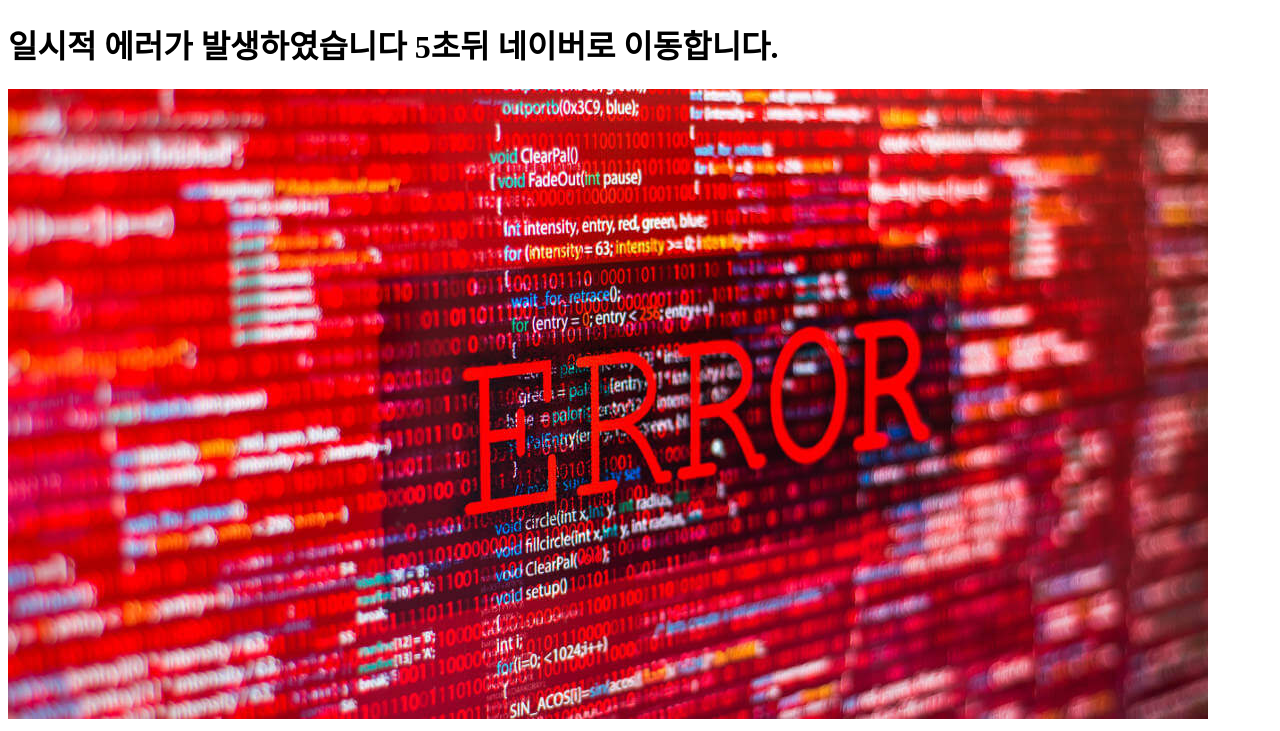
Repository: leejonggwon/Amora-Project
Page: http://localhost/JSP/ex06main.jsp
An editor plug-in stored every save of this project. The page is shown before and after the next save, followed by the edit.
The browser window is 1280 px wide. The pictures show the whole page.
The page is served by Tomcat 9.

Above is the page before, as saved 2023-08-01 08:35:00.

After the next save:
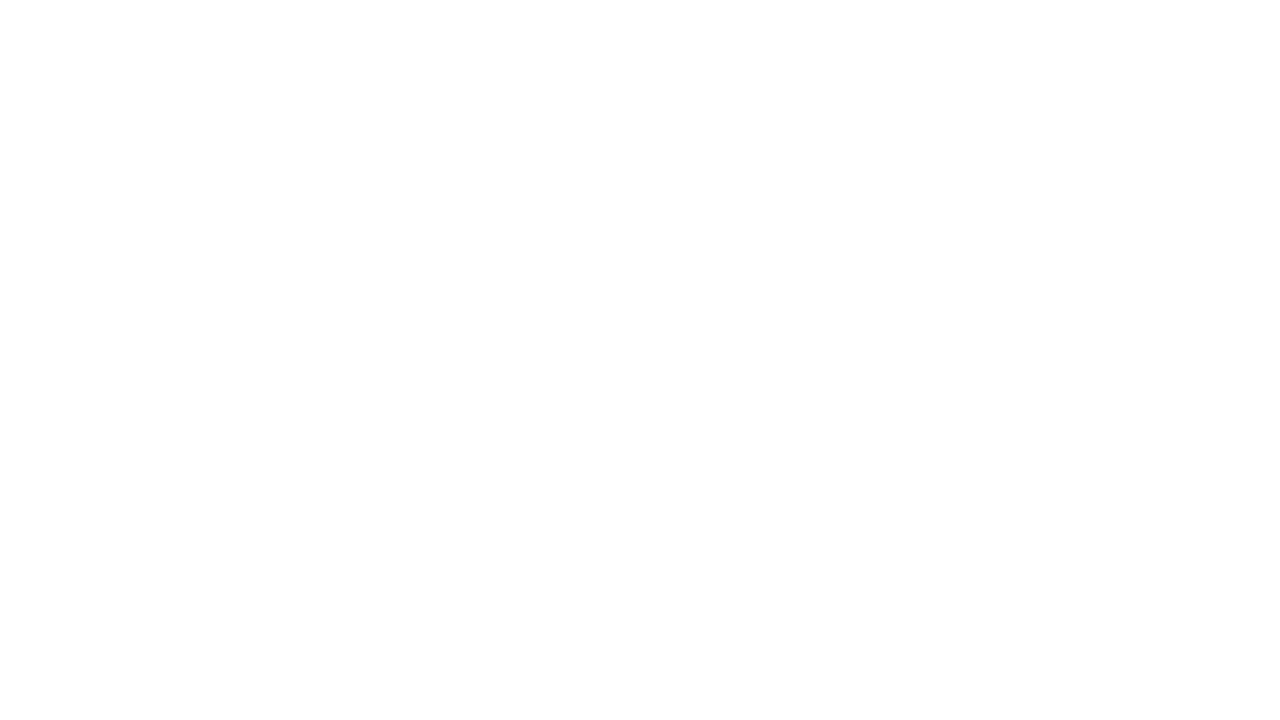
Saved 27 s later.
--- a/04.Server/JSP/src/main/webapp/ex06main.jsp
+++ b/04.Server/JSP/src/main/webapp/ex06main.jsp
@@ -14,7 +14,7 @@
 	<%
 		String name = "이종권";
 		int age = 36;
-		int error = 15 / 0; // 에러코드를 넣는다
+		//int error = 15 / 0; // 에러코드를 넣는다
 		String phobeNumber = "010-4919-0328";
 		String info = "880328-0000000";
 	%>

After the 2 saves that followed:
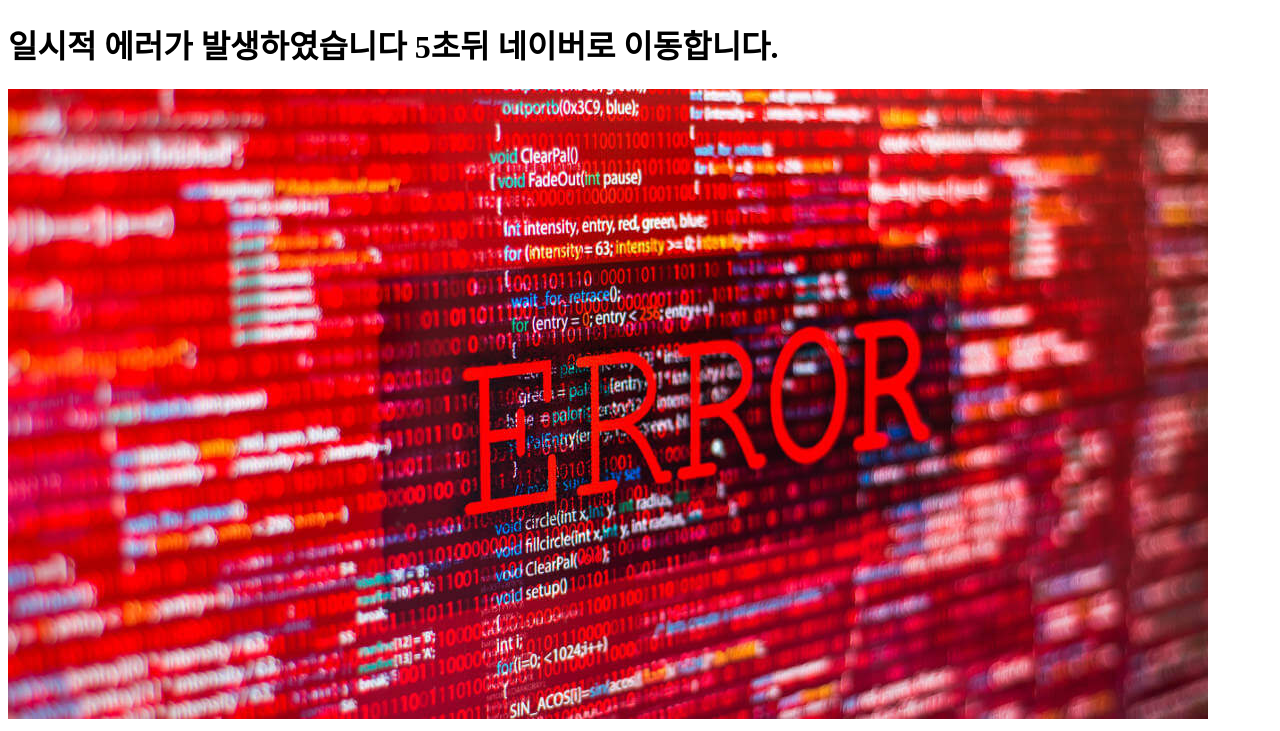
The 2 saves are shown as one change because 1 left the picture as it was.
The last was saved 107 s later.
--- a/04.Server/JSP/src/main/webapp/ex06main.jsp
+++ b/04.Server/JSP/src/main/webapp/ex06main.jsp
@@ -14,7 +14,7 @@
 	<%
 		String name = "이종권";
 		int age = 36;
-		//int error = 15 / 0; // 에러코드를 넣는다
+		int error = 15 / 0; // 에러코드를 넣는다
 		String phobeNumber = "010-4919-0328";
 		String info = "880328-0000000";
 	%>
--- a/04.Server/JSP/src/main/webapp/ex06error.jsp
+++ b/04.Server/JSP/src/main/webapp/ex06error.jsp
@@ -5,7 +5,7 @@
 <html>
 <head>
 <!--***** 5초뒤에 네이버페이지 이동한다  -->
-<meta http-equiv="refresh" content="5; url=https://www.naver.com" charset="EUC-KR">
+<!--meta http-equiv="refresh" content="5; url=https://www.naver.com" charset="EUC-KR"-->
 
 <title>Insert title here</title>
 </head>
